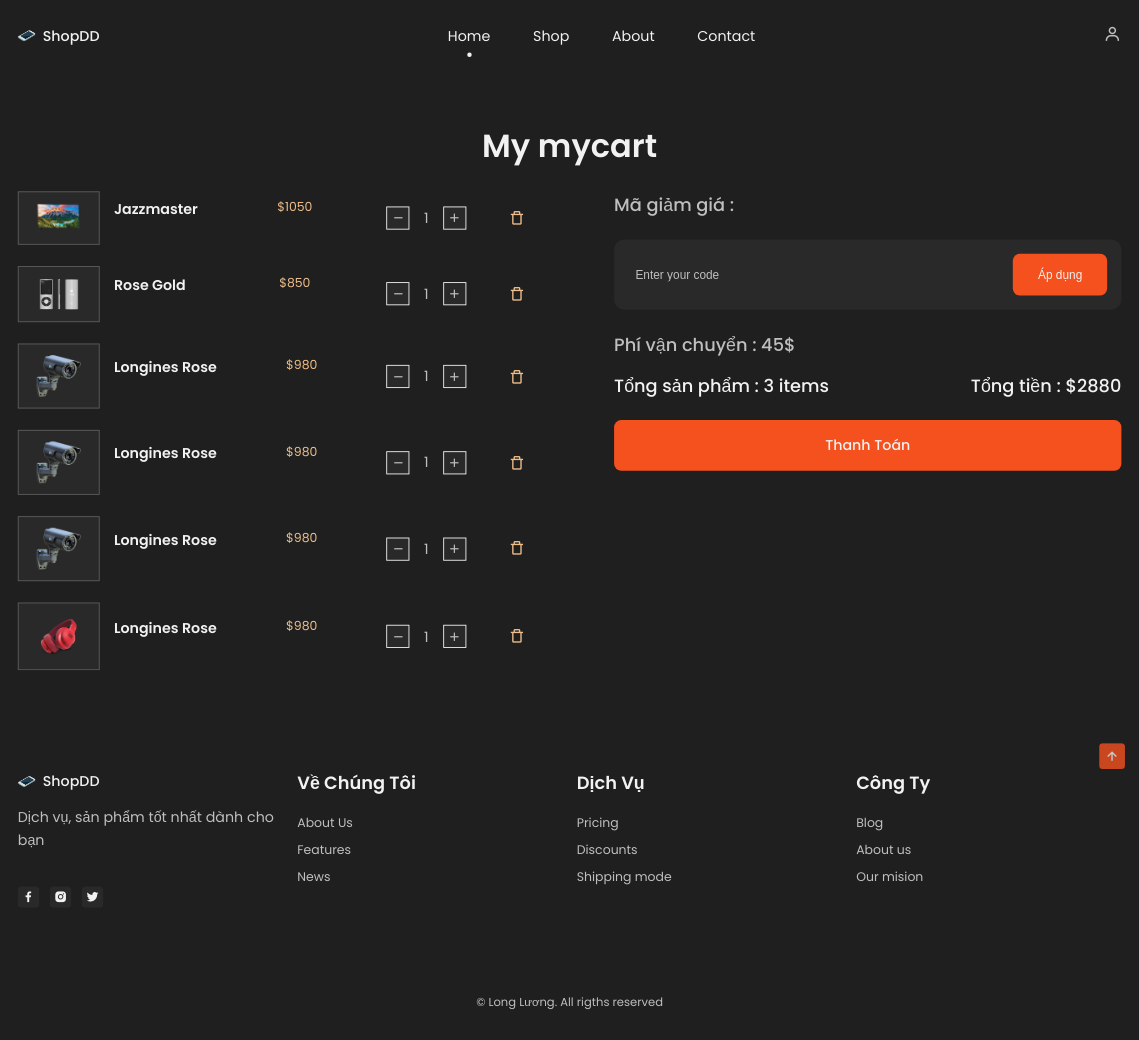
Repository: long5122000/Shopc
Page: mycart.html
These files come from the project's save history. The page is drawn as it stood at one moment and after the next save; the edit follows.
The browser window is 1280 px wide. The pictures show the whole page, at 89% of full size.
The style sheet was rebuilt from its Sass, Less or Tailwind sources for each picture, by a compiler version that may differ from the author's.

Above is the page before, as saved 2021-12-06 15:24:03.
Console error: TypeError: Cannot read properties of null (reading 'classList')

After the next save:
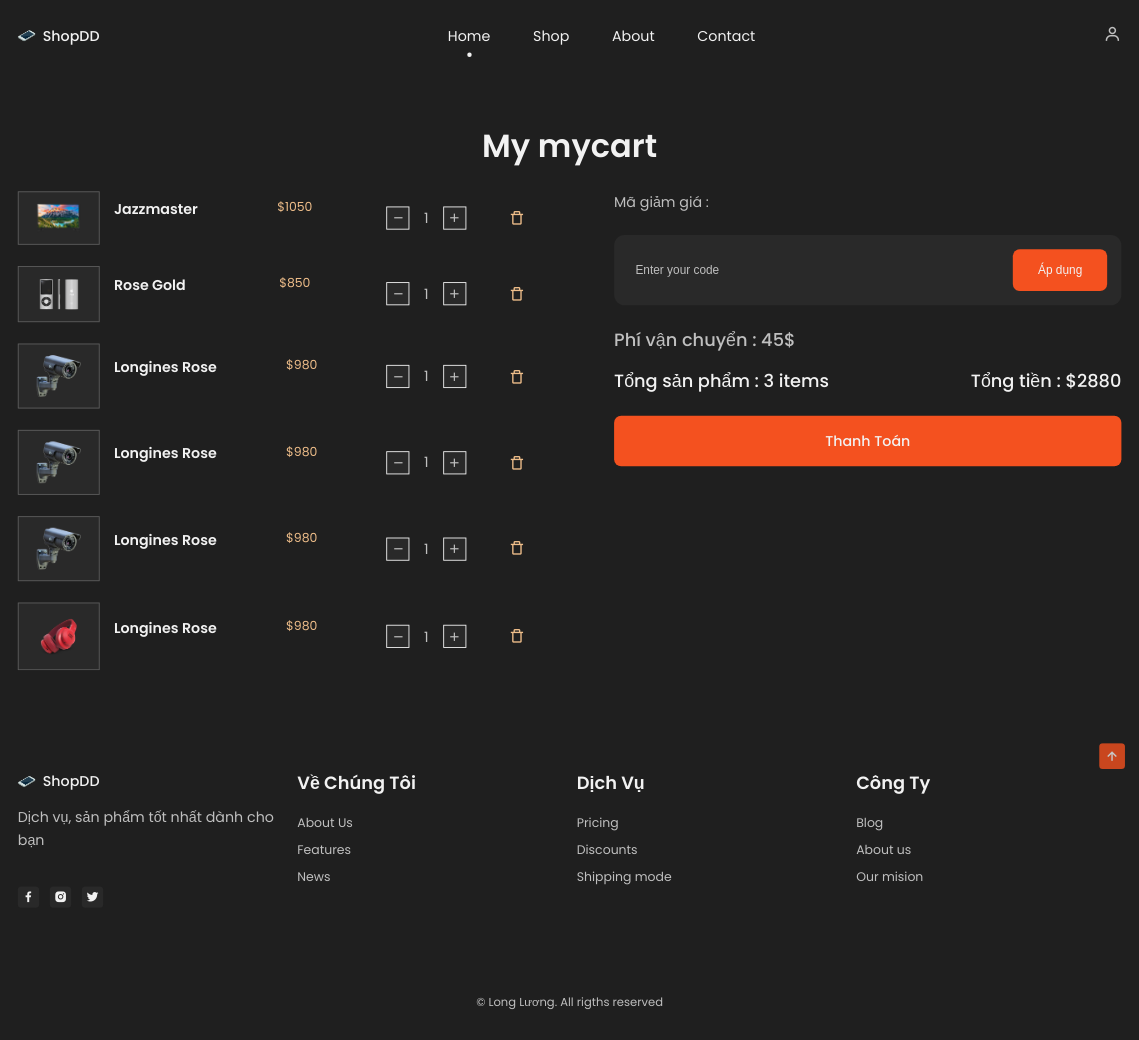
Saved 96 s later.
--- a/mycart.html
+++ b/mycart.html
@@ -235,7 +235,7 @@
           </div>
           <div class="mycart__check">
             <div class="mycart__sale">
-              <span class="mycart__ship-fee">Mã giảm giá :</span>
+              <span class="mycart__sale">Mã giảm giá :</span>
               <form action="" class="sale__form">
                 <input
                   type="email"
